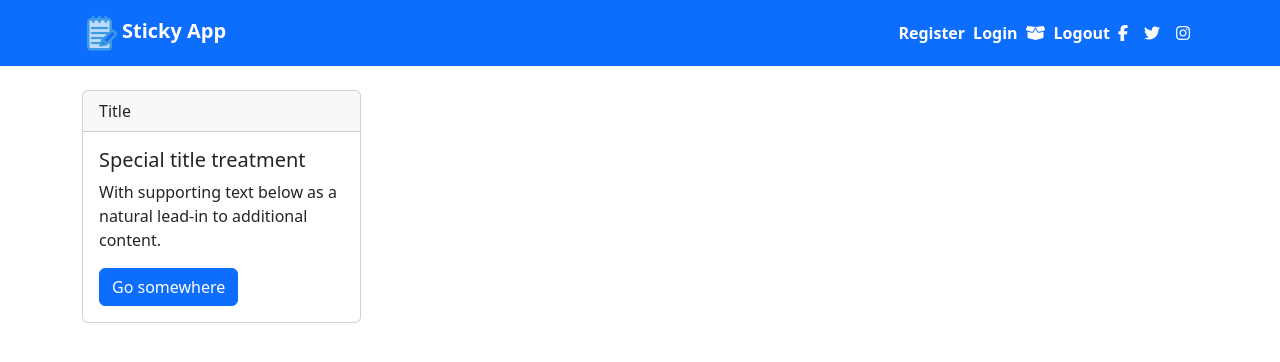
Repository: Mennaaymangalal/Sticky-App
Page: /note
The author's editor kept a copy of each file at every save. The page is drawn from the files as they stood at one save, then again after a run of saves.
The browser window is 1280 px wide. The pictures show the whole page.
The project was rebuilt for these pictures with package versions that can differ from the ones it lists, and the page was loaded fresh each time. Also part of the build but not shown: vite.config.js, src/Pages/Home/Home.jsx, src/Pages/Login/Login.jsx, src/Pages/NotFound/NotFound.jsx, src/Pages/SignUp/SignUp.jsx.

Above is the page before, as saved 2025-04-04 15:42:03.

After the next 2 saves:
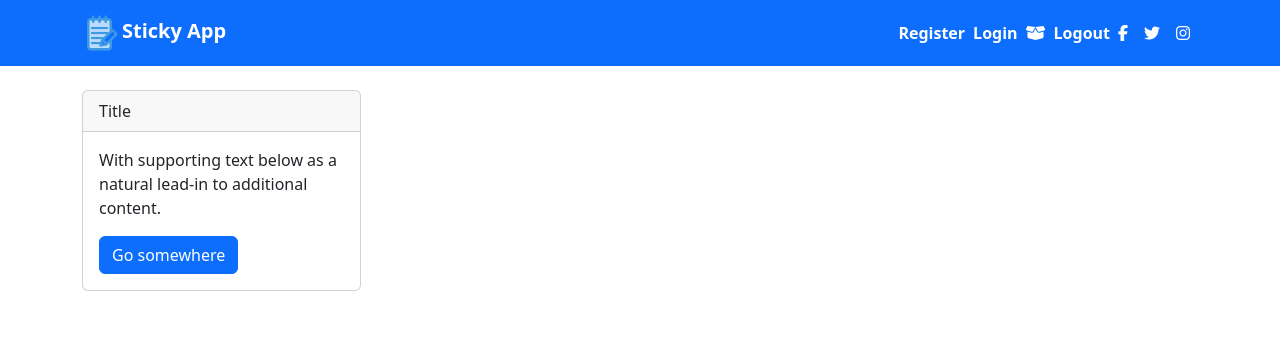
The 2 saves are shown as one change because they came seconds apart.
The last was saved 13 s later.
--- a/src/Pages/Note/Note.jsx
+++ b/src/Pages/Note/Note.jsx
@@ -10,7 +10,6 @@ export default function Note() {
      <Card>
       <Card.Header>Title</Card.Header>
       <Card.Body>
-        <Card.Title>Special title treatment</Card.Title>
         <Card.Text>
           With supporting text below as a natural lead-in to additional content.
         </Card.Text>
